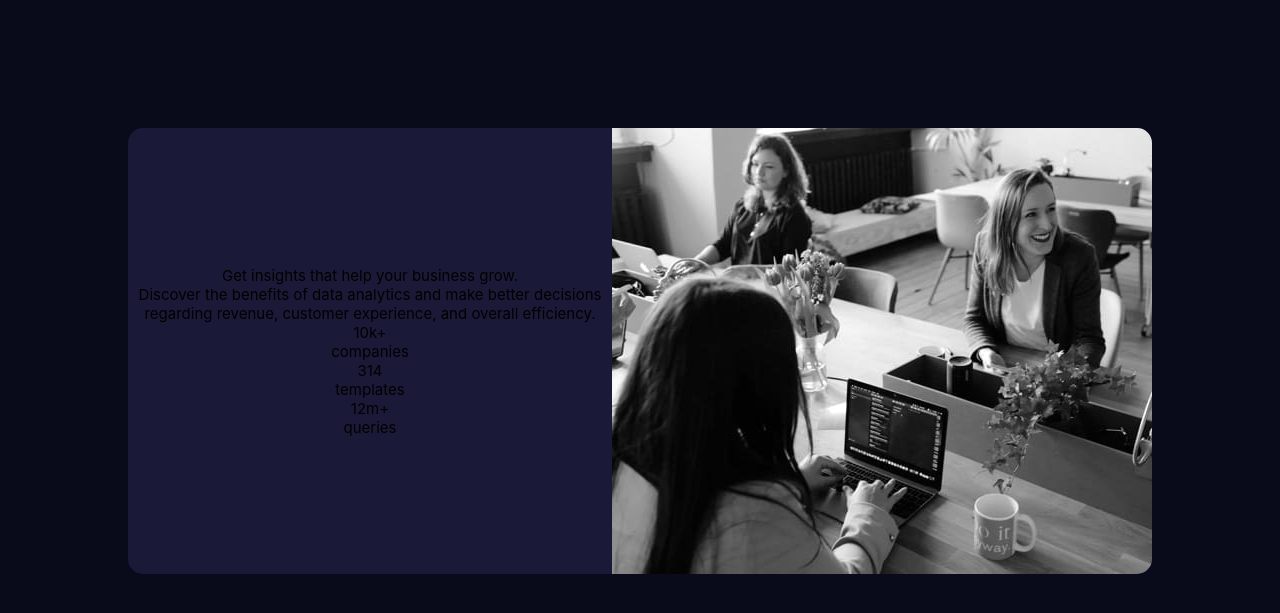
Repository: superZXMzzl/FrontendMentor
Page: stats-preview-card-component-main/index.html
These files come from the project's save history. The page is drawn as it stood at one moment and after the next save; the edit follows.
The browser window is 1280 px wide. The pictures show the whole page.

Above is the page before, as saved 2022-05-09 18:33:11.

After the next save:
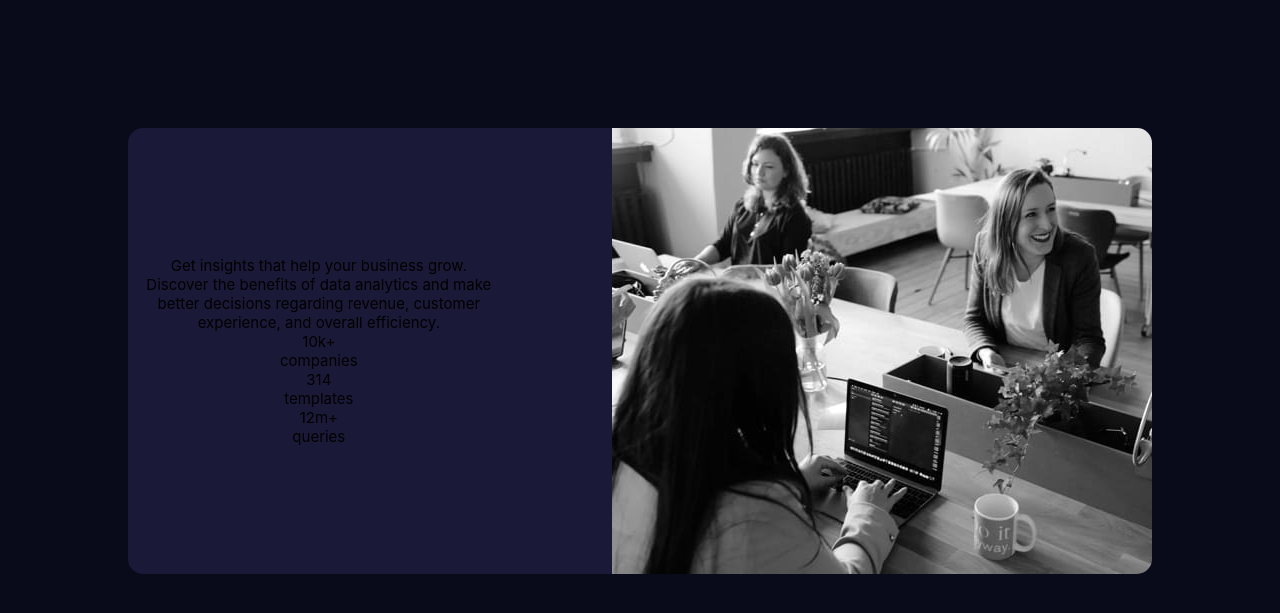
Saved 71 s later.
--- a/stats-preview-card-component-main/style.css
+++ b/stats-preview-card-component-main/style.css
@@ -24,6 +24,7 @@ body {
     border-radius: 15px;
     overflow: hidden;
     justify-content: center;
+    column-gap: 10%;
 }
 
 .left{
